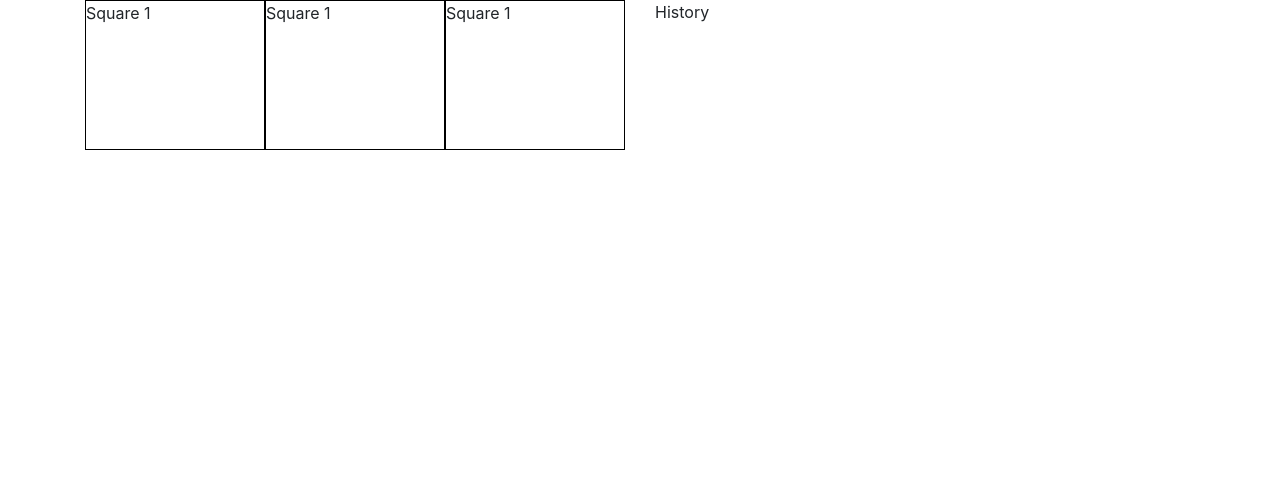
Repository: tts2610/Tic-Tac_Toe
Page: /
These files come from the project's save history. The page is drawn as it stood at one moment and after a run of saves; the edit follows.
The browser window is 1280 px wide. The pictures show the whole page.
The project was rebuilt for these pictures with package versions that can differ from the ones it lists, and the page was loaded fresh each time.

Above is the page before, as saved 2020-06-02 11:32:07.

### src/App.js
import React, { Component } from "react";
import "./App.css";
import Board from "./components/Board";
import "bootstrap/dist/css/bootstrap.min.css";
import { Row, Col, Container } from "react-bootstrap";

export default class App extends Component {
  render() {
    return (
      <div className="App">
        <Container>
          <Row>
            <Col>
              <Board />
            </Col>
            <Col>History</Col>
          </Row>
        </Container>
      </div>
    );
  }
}

### src/App.css
.box {
    min-width: max-content;
    height: 150px;
    border: 1px solid black;
}

### src/components/Board.js
import React, { Component } from "react";
import Square from "./Square";
import { Row, Col, Container } from "react-bootstrap/";
import * as mySetting from "../settings";

export default class Board extends Component {
  renderRow(row) {
    let rowSquare = [];
    mySetting.square.forEach((element) => {
      if (element.id[0] === row)
        rowSquare.push(
          <Col sm={4} style={mySetting.styles.col}>
            <Square />
          </Col>
        );
    });
    return rowSquare;
  }
  render() {
    return <Row style={mySetting.styles.row}>{this.renderRow(0)}</Row>;
  }
}

### src/components/Square.js
import React from "react";

export default function Square() {
  return <div className="box">Square 1</div>;
}

### src/settings.js
export const styles = {
  grid: {
    paddingLeft: 0,
    paddingRight: 0,
  },
  row: {
    marginLeft: 0,
    marginRight: 0,
  },
  col: {
    paddingLeft: 0,
    paddingRight: 0,
  },
};

export const square = [
  {
    id: [0, 0],
    value: "",
  },
  {
    id: [0, 1],
    value: "",
  },
  {
    id: [0, 2],
    value: "",
  },
  {
    id: [1, 0],
    value: "",
  },
  {
    id: [1, 1],
    value: "",
  },
  {
    id: [1, 2],
    value: "",
  },
  {
    id: [2, 0],
    value: "",
  },
  {
    id: [2, 1],
    value: "",
  },
  {
    id: [2, 2],
    value: "",
  },
];

Loaded but not shown: public/index.html (common file); src/index.js (common file); src/index.css (common file); src/serviceWorker.js (common file)

After the next 2 saves:
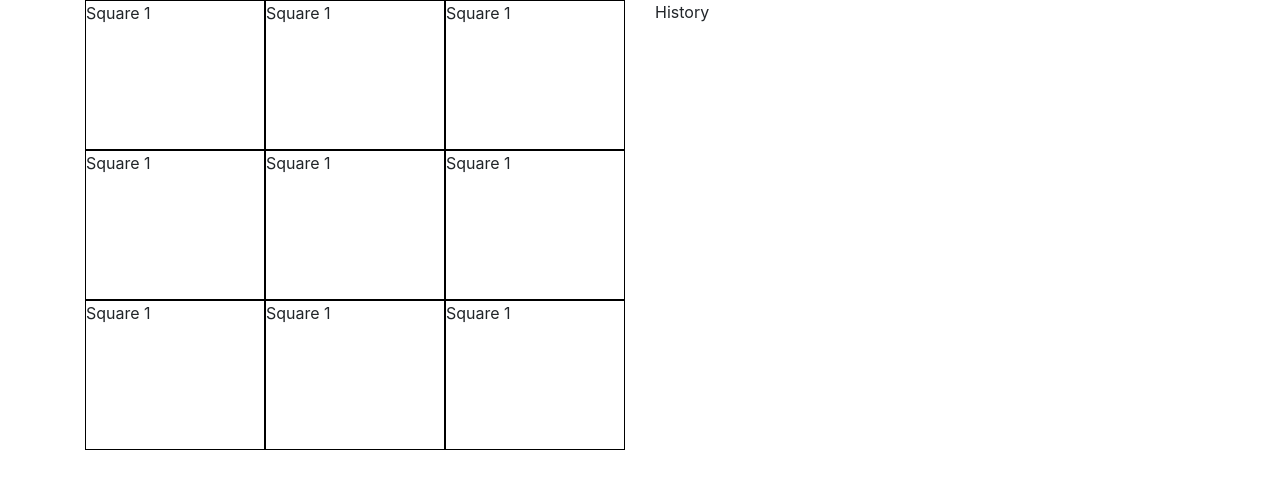
The 2 saves are shown as one change because 1 did not build or start.
The last was saved 50 s later.
--- a/src/components/Board.js
+++ b/src/components/Board.js
@@ -17,6 +17,12 @@ export default class Board extends Component {
     return rowSquare;
   }
   render() {
-    return <Row style={mySetting.styles.row}>{this.renderRow(0)}</Row>;
+    return (
+      <>
+        <Row style={mySetting.styles.row}>{this.renderRow(0)}</Row>
+        <Row style={mySetting.styles.row}>{this.renderRow(1)}</Row>
+        <Row style={mySetting.styles.row}>{this.renderRow(2)}</Row>
+      </>
+    );
   }
 }
